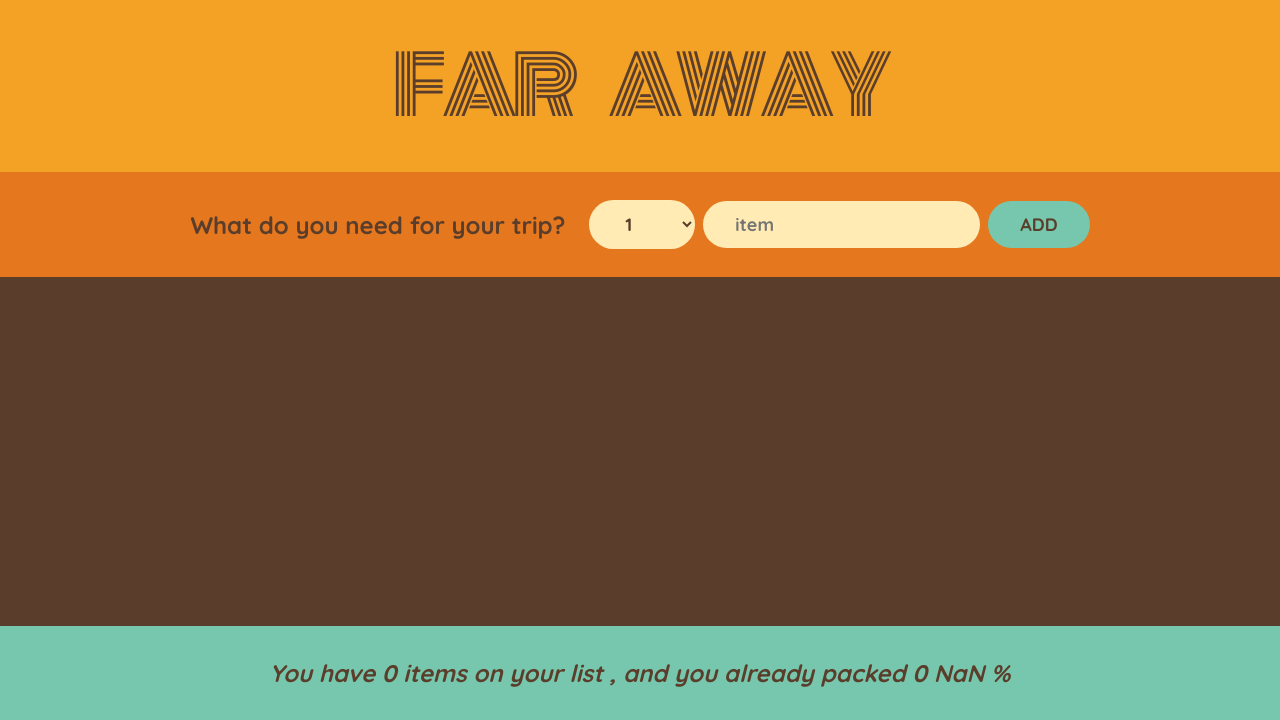
Repository: ahmedharidy/react-checklist
Page: /
An editor plug-in stored every save of this project. The page is shown before and after the next save, followed by the edit.
The browser window is 1280 px wide. The pictures show the whole page.
The project was rebuilt for these pictures with package versions that can differ from the ones it lists, and the page was loaded fresh each time.

Above is the page before, as saved 2026-10-04 19:33:45.

After the next save:
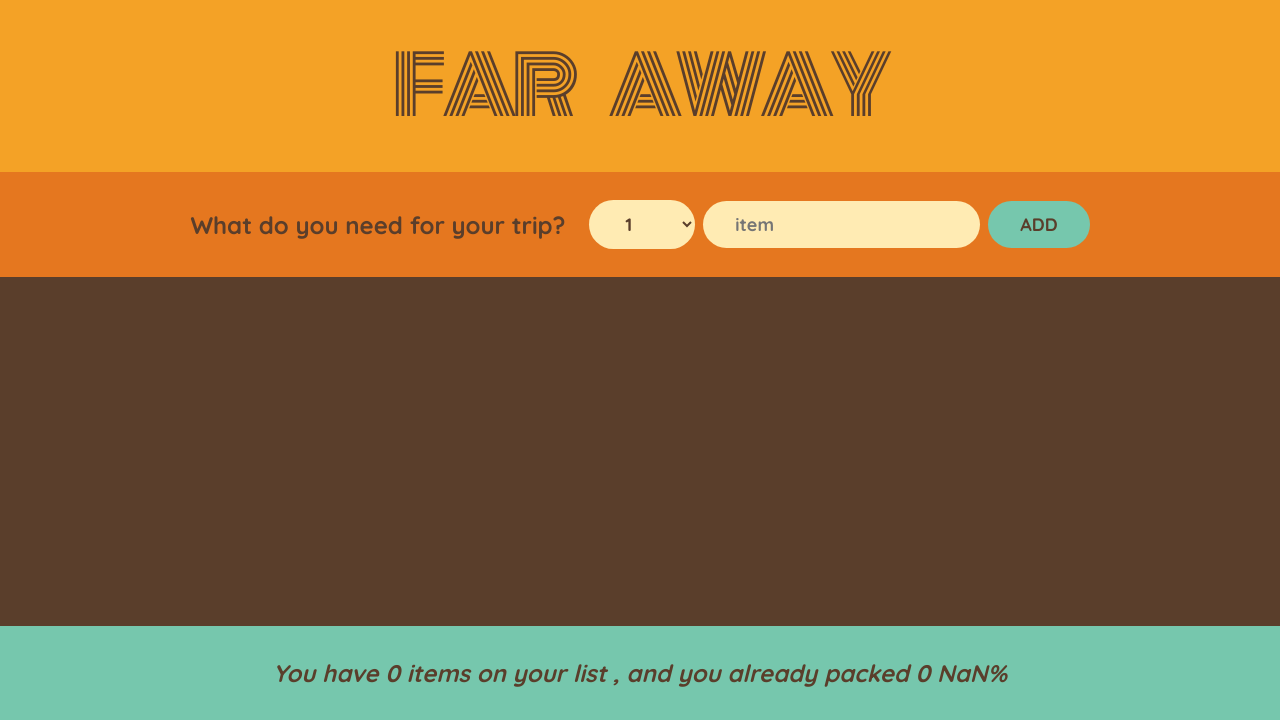
Saved 17 s later.
--- a/src/App.js
+++ b/src/App.js
@@ -117,7 +117,7 @@
     <footer className="stats">
       <em>
         You have {numItems} items on your list , and you already packed{" "}
-        {numPacked} {percentage} %
+        {numPacked} {`${percentage}%`}
       </em>
     </footer>
   );
